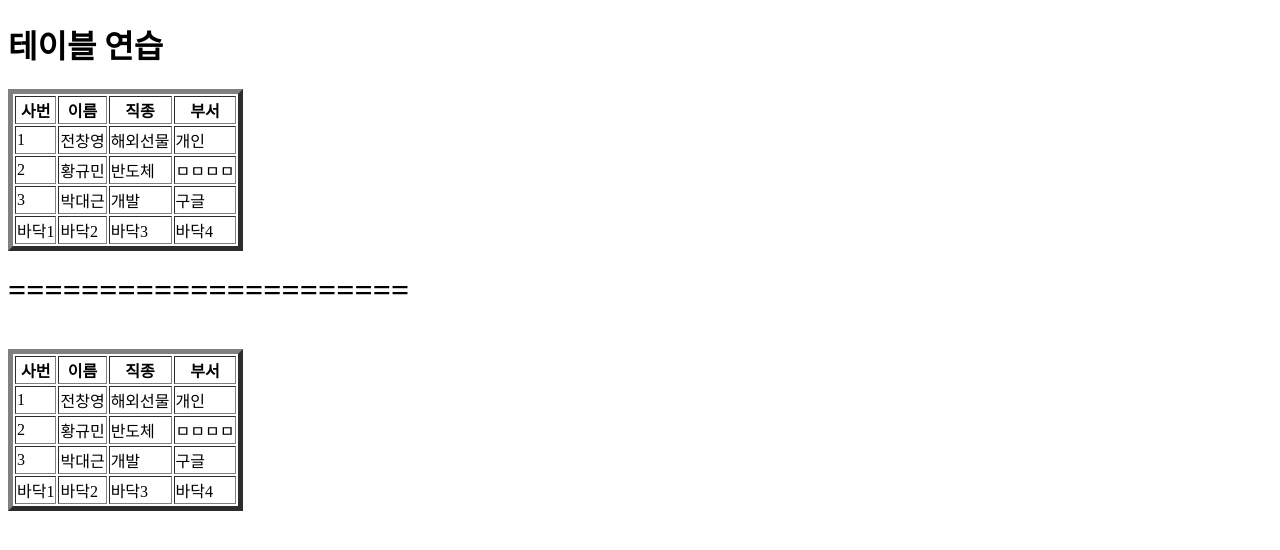
Repository: keeka2/webPractice
Page: MyStudy/HTML_Study/work/0821/WebContent/ex2_table.html
An editor plug-in stored every save of this project. The page is shown before and after the next save, followed by the edit.
The browser window is 1280 px wide. The pictures show the whole page.

Above is the page before, as saved 2020-08-21 04:34:55.

### MyStudy/HTML_Study/work/0821/WebContent/ex2_table.html
<!DOCTYPE html>
<html>
<head>
<meta charset="UTF-8">
<title>Insert title here</title>
</head>
<body>
	<h1>테이블 연습</h1>
	<div>
		<table border="5">
			<thead><!-- 테이블 머리글 -->
				<tr>
					<th>사번</th>
					<th>이름</th>
					<th>직종</th>
					<th>부서</th>
				</tr><!-- 행 의미 -->
			</thead>

			<tfoot><!-- 테이블 바닥글 -->
				<tr>
					<td>바닥1</td>
					<td>바닥2</td>
					<td>바닥3</td>
					<td>바닥4</td>
				</tr>
			</tfoot>

			<tbody>
				<tr>
					<td>1</td>
					<td>전창영</td>
					<td>해외선물</td>
					<td>개인</td>
				</tr>
				<tr>
					<td>2</td>
					<td>황규민</td>
					<td>반도체</td>
					<td>ㅁㅁㅁㅁ</td>
				</tr>
				<tr>
					<td>3</td>
					<td>박대근</td>
					<td>개발</td>
					<td>구글</td>
				</tr>
			</tbody>
		</table>
		<h1>======================</h1></br>
		<!-- ========================================================= -->
		<table border="5" style="border-collapse">
			<thead><!-- 테이블 머리글 -->
				<tr>
					<th>사번</th>
					<th>이름</th>
					<th>직종</th>
					<th>부서</th>
				</tr><!-- 행 의미 -->
			</thead>

			<tfoot><!-- 테이블 바닥글 -->
				<tr>
					<td>바닥1</td>
					<td>바닥2</td>
					<td>바닥3</td>
					<td>바닥4</td>
				</tr>
			</tfoot>

			<tbody>
				<tr>
					<td>1</td>
					<td>전창영</td>
					<td>해외선물</td>
					<td>개인</td>
				</tr>
				<tr>
					<td>2</td>
					<td>황규민</td>
					<td>반도체</td>
					<td>ㅁㅁㅁㅁ</td>
				</tr>
				<tr>
					<td>3</td>
					<td>박대근</td>
					<td>개발</td>
					<td>구글</td>
				</tr>
			</tbody>
		</table>
	</div>
</body>
</html>

After the next save:
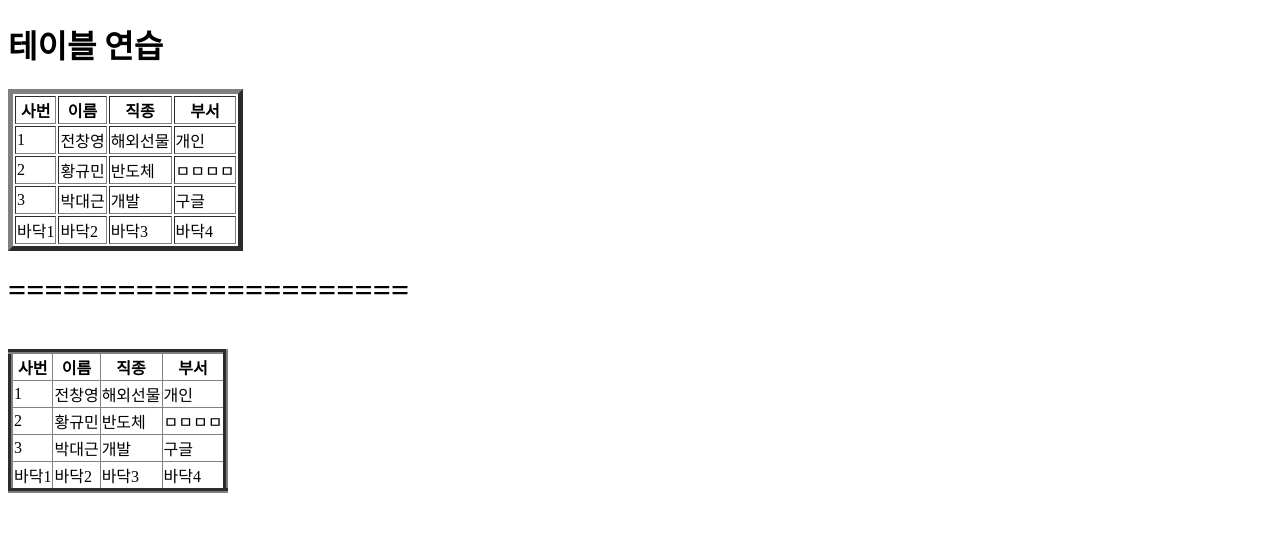
Saved 29 s later.
--- a/MyStudy/HTML_Study/work/0821/WebContent/ex2_table.html
+++ b/MyStudy/HTML_Study/work/0821/WebContent/ex2_table.html
@@ -49,7 +49,7 @@
 		</table>
 		<h1>======================</h1></br>
 		<!-- ========================================================= -->
-		<table border="5" style="border-collapse">
+		<table border="5" style="border-collapse: collapse;">
 			<thead><!-- 테이블 머리글 -->
 				<tr>
 					<th>사번</th>
